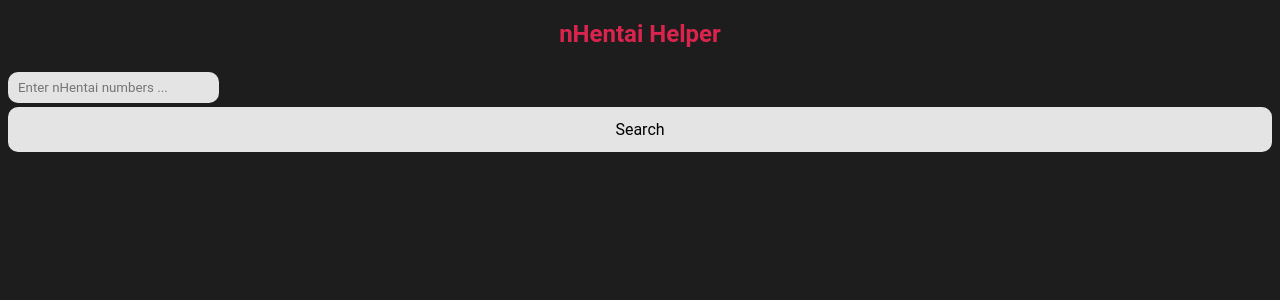
Repository: Lizadking/nHentai_Helper
Page: Mainpop.html
These files come from the project's save history. The page is drawn as it stood at one moment and after the next save; the edit follows.
The browser window is 1280 px wide. The pictures show the whole page.

Above is the page before, as saved 2021-08-06 23:24:32.

After the next save:
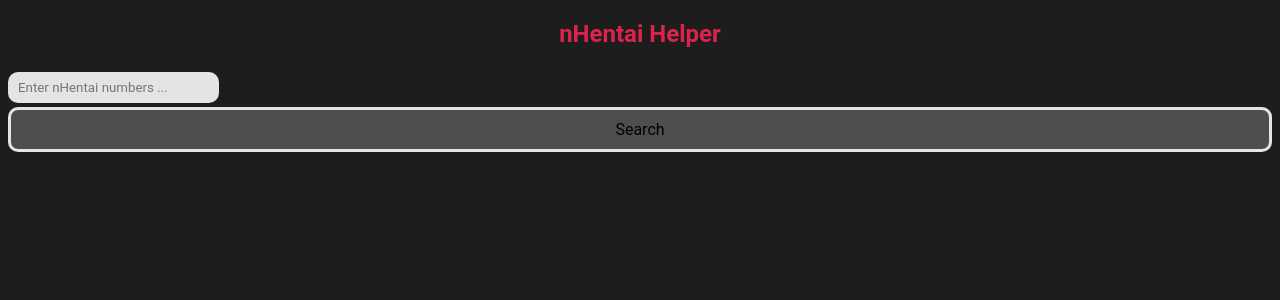
Saved 20 s later.
--- a/mainStylesheet.css
+++ b/mainStylesheet.css
@@ -32,7 +32,7 @@
     width: 100%;
     border-radius:10px;
     border: 3px solid rgb(228, 228, 228);
-    background-color: rgb(228, 228, 228);
+    background-color: #535353e8;
     font-family: 'Roboto', sans-serif;
     text-align: center;
     font-size: 16px;
